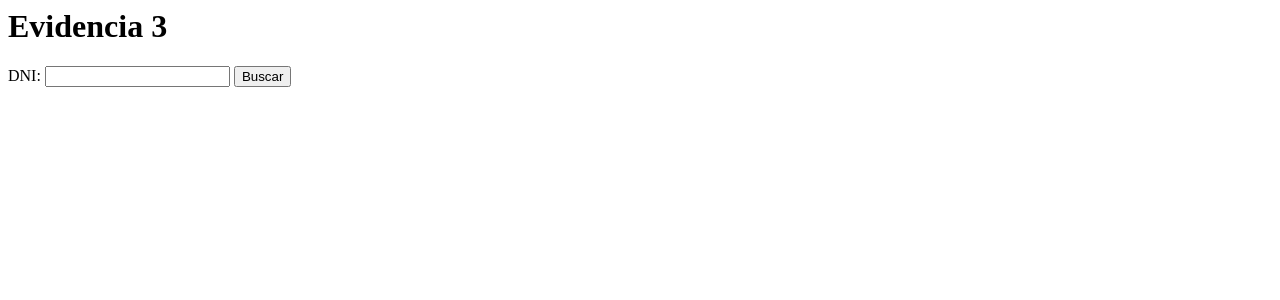
Repository: quino22/ulasalle
Page: ev3-70391273/war/index.html
An editor plug-in stored every save of this project. The page is shown before and after the next save, followed by the edit.
The browser window is 1280 px wide. The pictures show the whole page.

Above is the page before, as saved 2016-11-04 16:39:00.

### ev3-70391273/war/index.html
<!DOCTYPE HTML PUBLIC "-//W3C//DTD HTML 4.01 Transitional//EN">
<!-- The HTML 4.01 Transitional DOCTYPE declaration-->
<!-- above set at the top of the file will set     -->
<!-- the browser's rendering engine into           -->
<!-- "Quirks Mode". Replacing this declaration     -->
<!-- with a "Standards Mode" doctype is supported, -->
<!-- but may lead to some differences in layout.   -->

<html>
  <head>
    <meta http-equiv="content-type" content="text/html; charset=UTF-8">
    <title>Evidencia 3</title>
  </head>

  <body>
    <h1>Evidencia 3</h1>

	<form action="/ev3_70391273" method="get">
		DNI: <input type="text" name="dni">
		<input type="submit" value="Buscar">
	</form>
  </body>
</html>

After the next save:
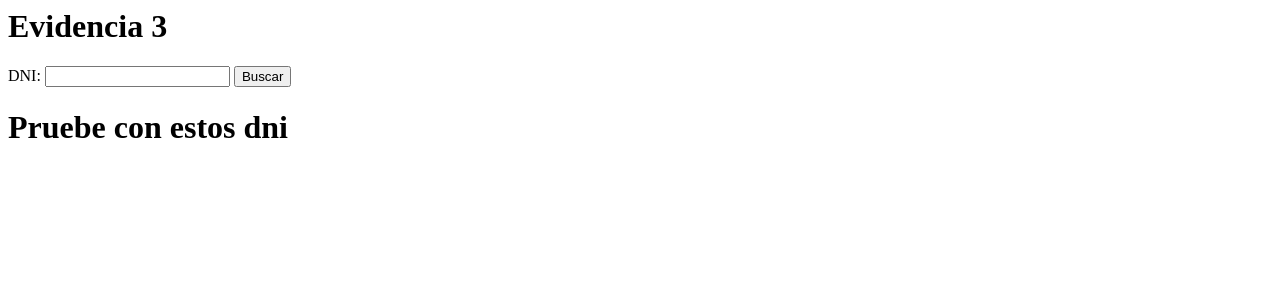
Saved 64 s later.
--- a/ev3-70391273/war/index.html
+++ b/ev3-70391273/war/index.html
@@ -19,5 +19,6 @@
 		DNI: <input type="text" name="dni">
 		<input type="submit" value="Buscar">
 	</form>
+	<h1>Pruebe con estos dni</h1>
   </body>
 </html>
